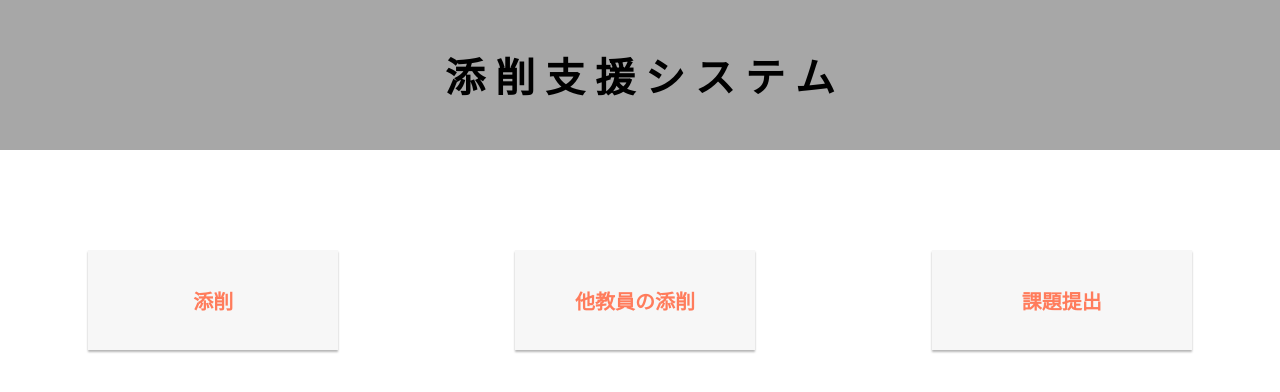
Repository: k-murakami18/canvas_v2
Page: main_student.html
The author's editor kept a copy of each file at every save. The page is drawn from the files as they stood at one save, then again after the next save.
The browser window is 1280 px wide. The pictures show the whole page.

Above is the page before, as saved 2021-01-12 14:08:50.

After the next save:
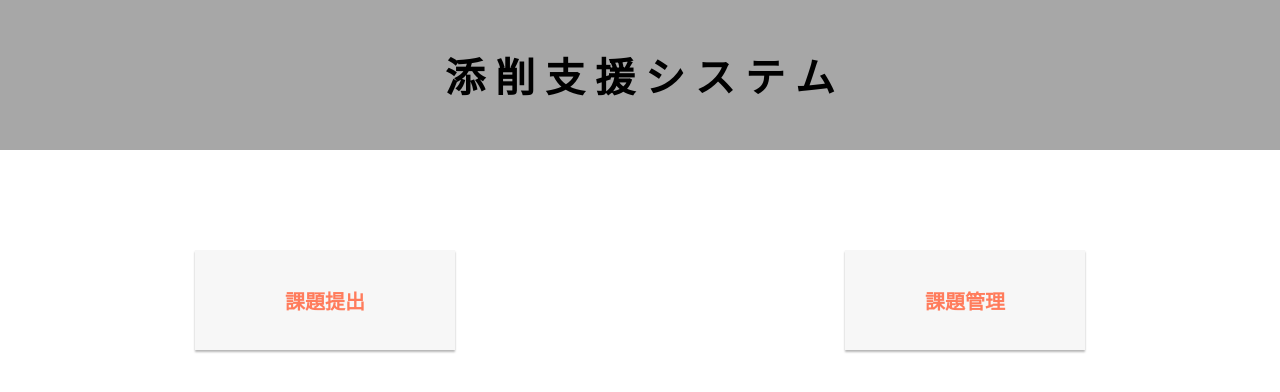
Saved 41 s later.
--- a/main_student.html
+++ b/main_student.html
@@ -21,9 +21,8 @@
   </div>
 
   <div class="btn_name">
-    <a href="index.html" class="button" id="anno_btn" type="submit" name="name">添削</a>
-    <a href="teacher.html" class="button" id="oth_teacher_btn" type="submit" name="name">他教員の添削</a>
     <a href="submission.html" class="button" id="submit_btn" type="submit" name="name">課題提出</a>
+    <a href="teacher.html" class="button" id="oth_teacher_btn" type="submit" name="name">課題管理</a>
   </div>
 
 </body>
